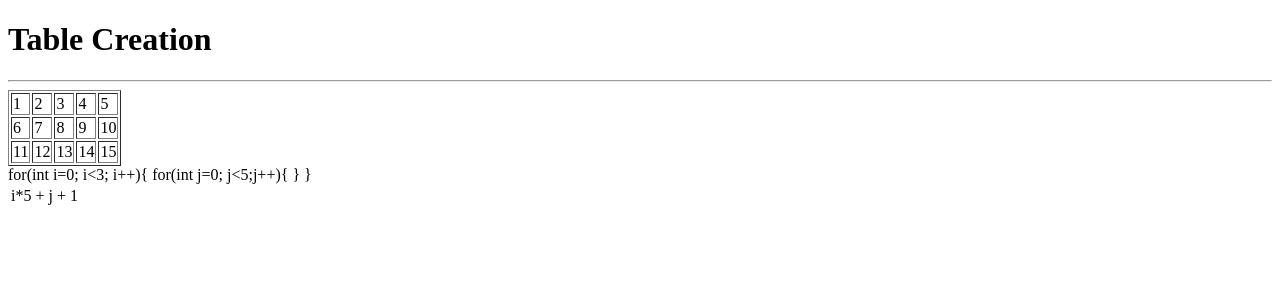
Repository: minjuleee/Server_study
Page: http://localhost/web/04_script_test.jsp
The author's editor kept a copy of each file at every save. The page is drawn from the files as they stood at one save, then again after the next save.
The browser window is 1280 px wide. The pictures show the whole page.
The page is served by Tomcat 10. Other server files are loaded and not shown.

Above is the page before, as saved 2025-11-18 13:25:04.

### dev/web/src/main/webapp/04_script_test.jsp
<%@ page language="java" contentType="text/html; charset=UTF-8"
    pageEncoding="UTF-8"%>
<!DOCTYPE html>
<html>
<head>
<meta charset="UTF-8">
<title>Script Test</title>
</head>
<body>
	<h1>Table Creation</h1>
	<hr>
	<!-- Manual Job -->
	<table border="1">
		<tr><td>1</td><td>2</td><td>3</td><td>4</td><td>5</td></tr>
		<tr><td>6</td><td>7</td><td>8</td><td>9</td><td>10</td></tr>
		<tr><td>11</td><td>12</td><td>13</td><td>14</td><td>15</td></tr>
	</table>

	<!-- Using JSP -->
	<table boder="1">
		for(int i=0; i<3; i++){
			<tr>
			for(int j=0; j<5;j++){
				<td>i*5 + j + 1</td>
			}
			</tr>
		}
	</table>
</body>
</html>

After the next save:
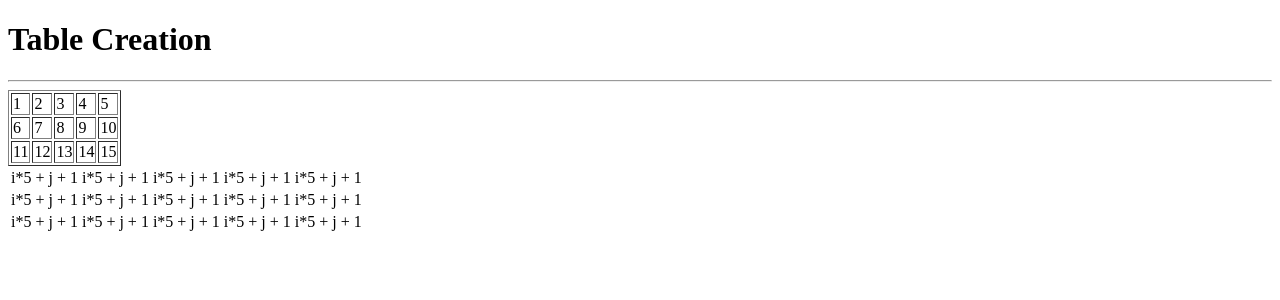
Saved 107 s later.
--- a/dev/web/src/main/webapp/04_script_test.jsp
+++ b/dev/web/src/main/webapp/04_script_test.jsp
@@ -18,13 +18,21 @@
 
 	<!-- Using JSP -->
 	<table boder="1">
-		for(int i=0; i<3; i++){
-			<tr>
-			for(int j=0; j<5;j++){
-				<td>i*5 + j + 1</td>
-			}
+	<%
+	for(int i=0; i<3; i++){
+	%>
+		<tr>
+		<%
+		for(int j=0; j<5;j++){
+		%>
+			<td>i*5 + j + 1</td>
+		<%
+		}
+		%>
 			</tr>
+		<%
 		}
+		%>
 	</table>
 </body>
 </html>
